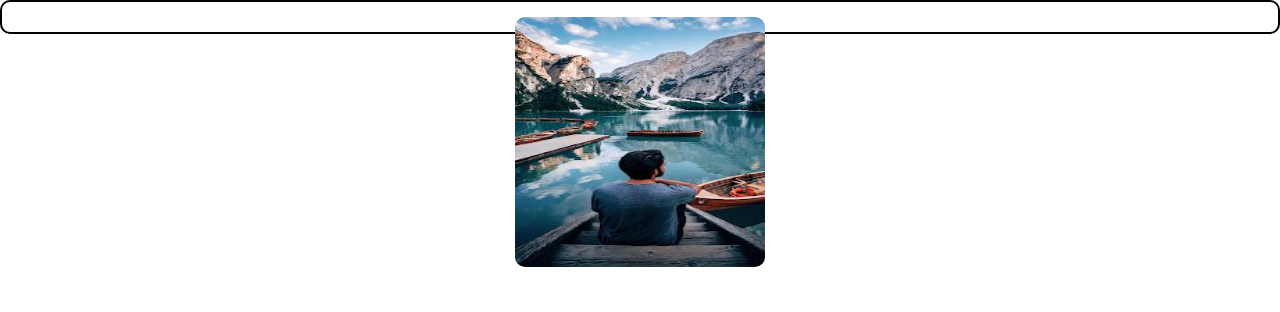
Repository: diensy/Web_dev
Page: Css/Exercise/exercise-2/index.html
These files come from the project's save history. The page is drawn as it stood at one moment and after the next save; the edit follows.
The browser window is 1280 px wide. The pictures show the whole page.

Above is the page before, as saved 2024-05-27 20:59:33.

After the next save:
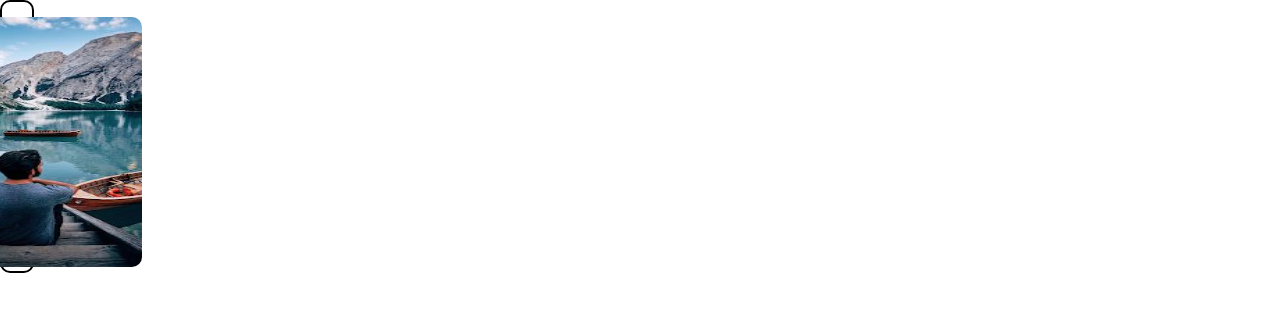
Saved 14 s later.
--- a/Css/Exercise/exercise-2/index.css
+++ b/Css/Exercise/exercise-2/index.css
@@ -7,7 +7,7 @@
   border-radius: 10px;
   display: grid;
   justify-content: center;
-  height: 30px;
+  width: 30px;
 }
 .image {
 
